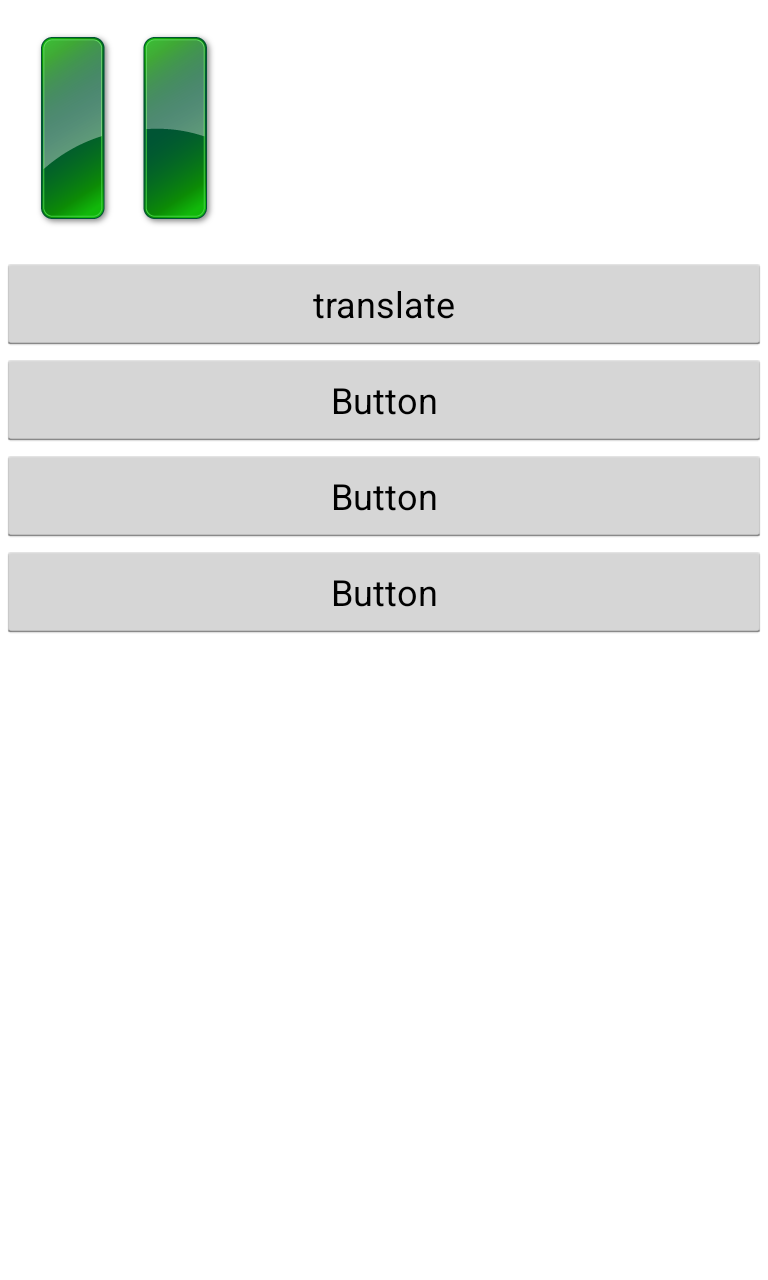
Repository: ChenLongAHXC/AndroidPractice
Layout: Animation/res/layout/activity_main.xml
These files come from the project's save history. The layout is drawn as it stood at one moment and after the next save; the edit follows.
It is drawn on a 768 x 1280 px phone screen (xhdpi) without system bars, with theme AppTheme; the app's code is not run.

Above is the layout before, as saved 2014-04-21 07:42:28.

After the next save:
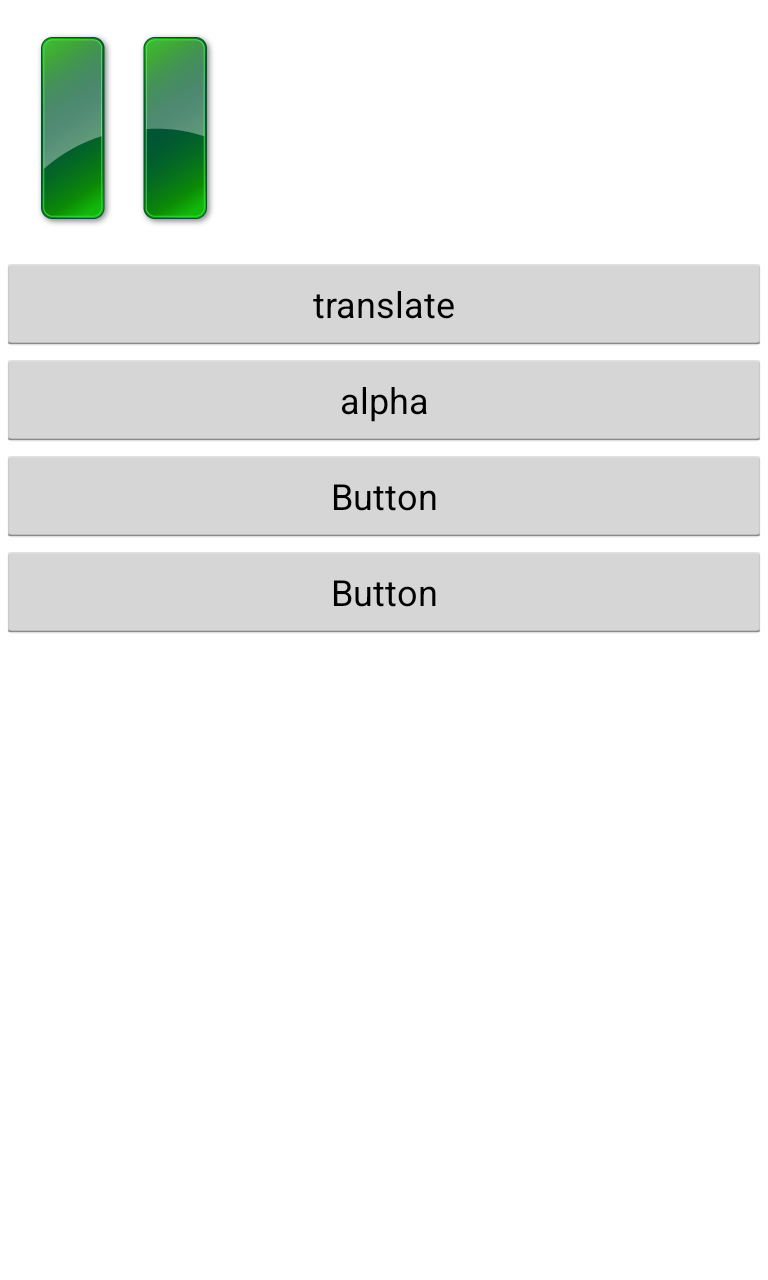
Saved 14 s later.
--- a/Animation/res/layout/activity_main.xml
+++ b/Animation/res/layout/activity_main.xml
@@ -17,10 +17,10 @@
         android:text="translate" />
 
     <Button
-        android:id="@+id/button2"
+        android:id="@+id/alpha"
         android:layout_width="match_parent"
         android:layout_height="wrap_content"
-        android:text="Button" />
+        android:text="alpha" />
 
     <Button
         android:id="@+id/button3"
